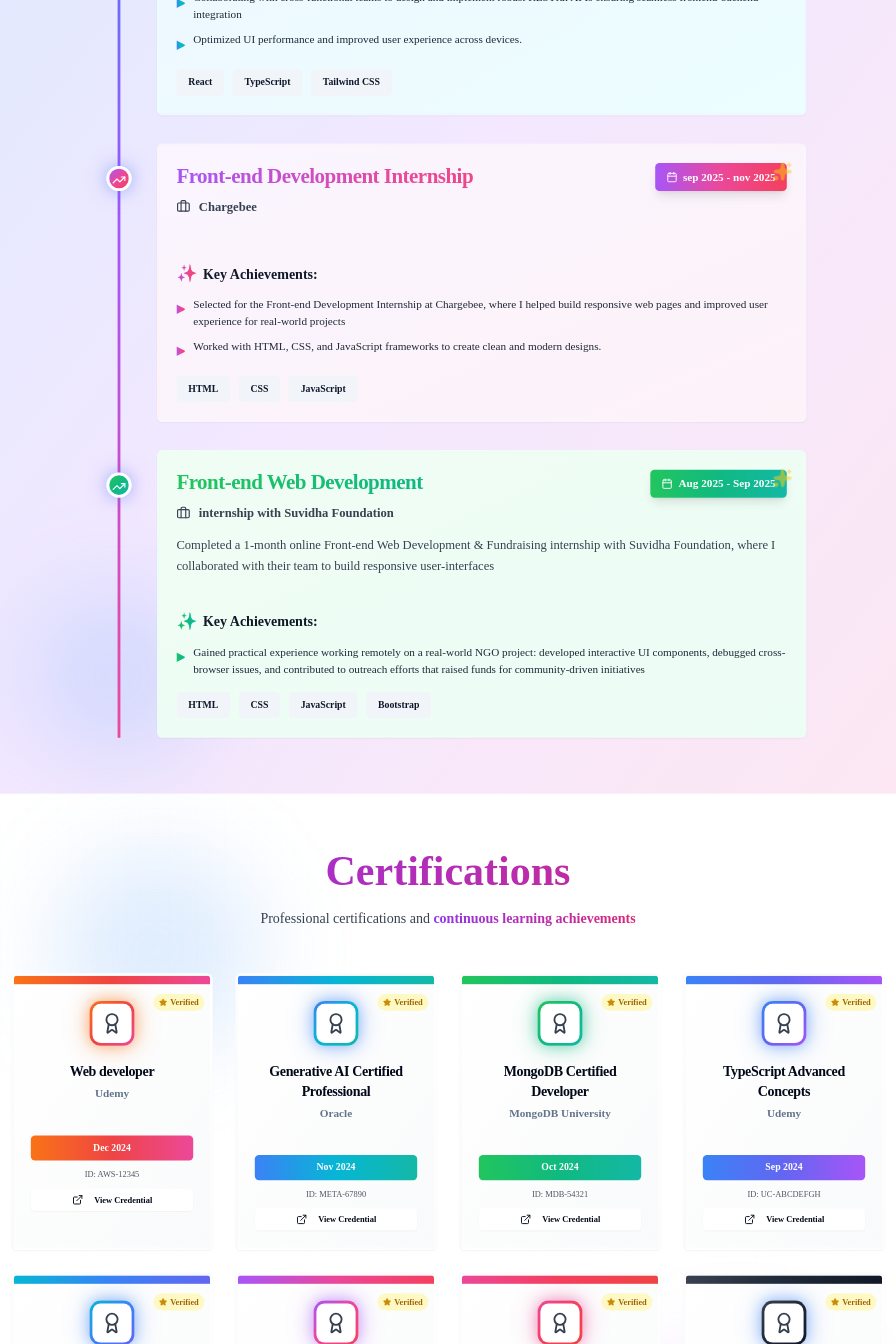
Repository: sm6746/PORTFOLIO
Page: /
An editor plug-in stored every save of this project. The page is shown before and after the next save, followed by the edit.
The browser window is 1280 px wide. The pictures show the part of the page from y = 4580 to 6500 px (the page is 8201 px tall before and 8260 px after), at 70% of full size.
The project was rebuilt for these pictures with package versions that can differ from the ones it lists, and the page was loaded fresh each time. Also part of the build but not shown: vite.config.ts.

Above is the page before, as saved 2025-11-07 12:23:22.

After the next save:
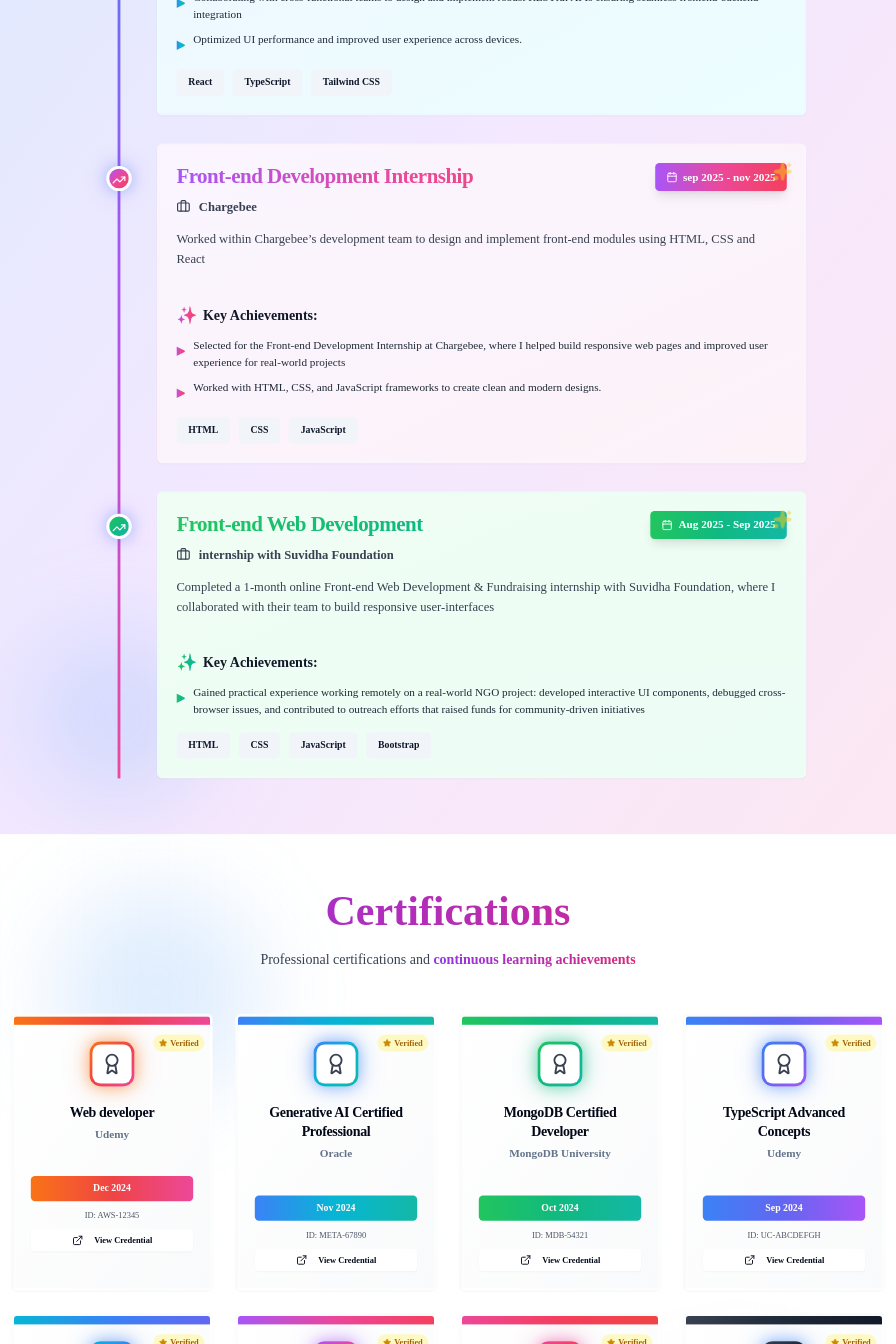
Saved 4 min 47 s later.
--- a/components/experience-section.tsx
+++ b/components/experience-section.tsx
@@ -26,7 +26,7 @@ export function ExperienceSection() {
       title: 'Front-end Development Internship ',
       company: ' Chargebee',
       period: 'sep 2025 - nov 2025',
-      description: '',
+      description: 'Worked within Chargebee’s development team to design and implement front-end modules using HTML, CSS and React',
       achievements: [
         'Selected for the Front-end Development Internship at Chargebee, where I helped build responsive web pages and improved user experience for real-world projects',
          'Worked with HTML, CSS, and JavaScript frameworks to create clean and modern designs.'
